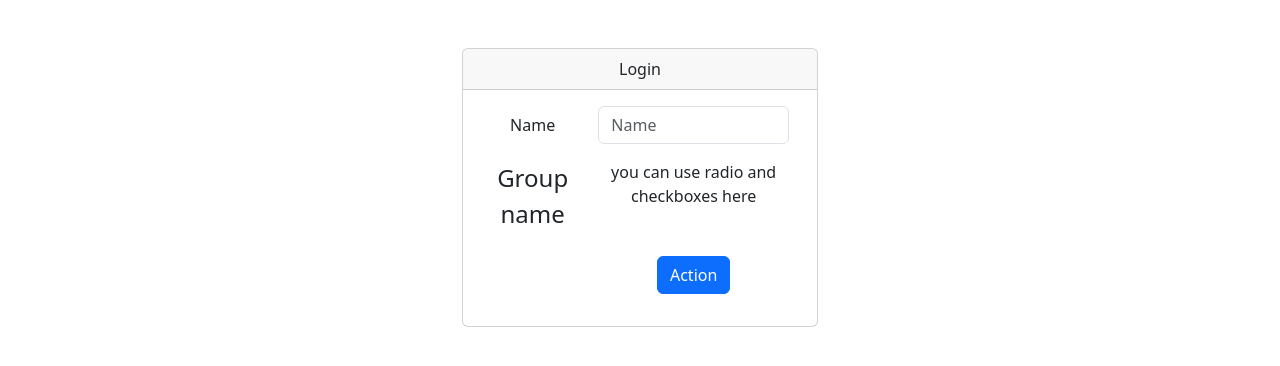
Repository: salextros/Restaurant-Project-PHP-MySQL
Page: http://localhost/restaurant/admin/login.php
An editor plug-in stored every save of this project. The page is shown before and after the next save, followed by the edit.
The browser window is 1280 px wide. The pictures show the whole page.
The page is run by PHP 8.4 with error messages shown; the project is at /var/www/html/.

Above is the page before, as saved 2026-01-17 18:53:51.

After the next save:
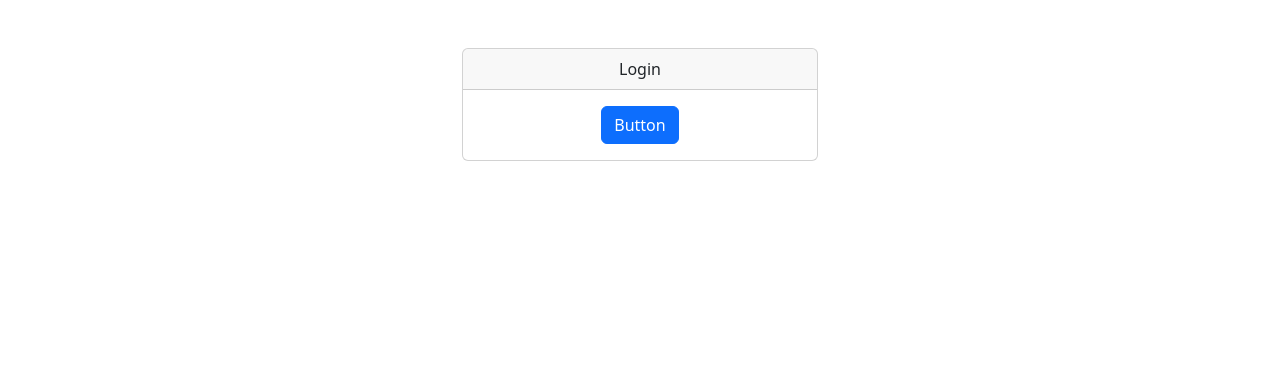
Saved 2 min 19 s later.
--- a/restaurant/admin/login.php
+++ b/restaurant/admin/login.php
@@ -32,47 +32,13 @@
                 <div class="card text-center">
                     <div class="card-header">Login</div>
                     <div class="card-body">
-                      <div class="container">
-                        <form>
-                            <div class="mb-3 row">
-                                <label
-                                    for="inputName"
-                                    class="col-4 col-form-label"
-                                    >Name</label
-                                >
-                                <div
-                                    class="col-8"
-                                >
-                                    <input
-                                        type="text"
-                                        class="form-control"
-                                        name="inputName"
-                                        id="inputName"
-                                        placeholder="Name"
-                                    />
-                                </div>
-                            </div>
-                            <fieldset class="mb-3 row">
-                                <legend
-                                    class="col-form-legend col-4"
-                                >
-                                    Group name
-                                </legend>
-                                <div
-                                    class="col-8"
-                                >
-                                    you can use radio and checkboxes here
-                                </div>
-                            </fieldset>
-                            <div class="mb-3 row">
-                                <div class="offset-sm-4 col-sm-8">
-                                    <button type="submit" class="btn btn-primary">
-                                        Action
-                                    </button>
-                                </div>
-                            </div>
-                        </form>
-                      </div>
+                      <input
+                        name=""
+                        id=""
+                        class="btn btn-primary"
+                        type="button"
+                        value="Button"
+                      />
 
 
                     </div>
